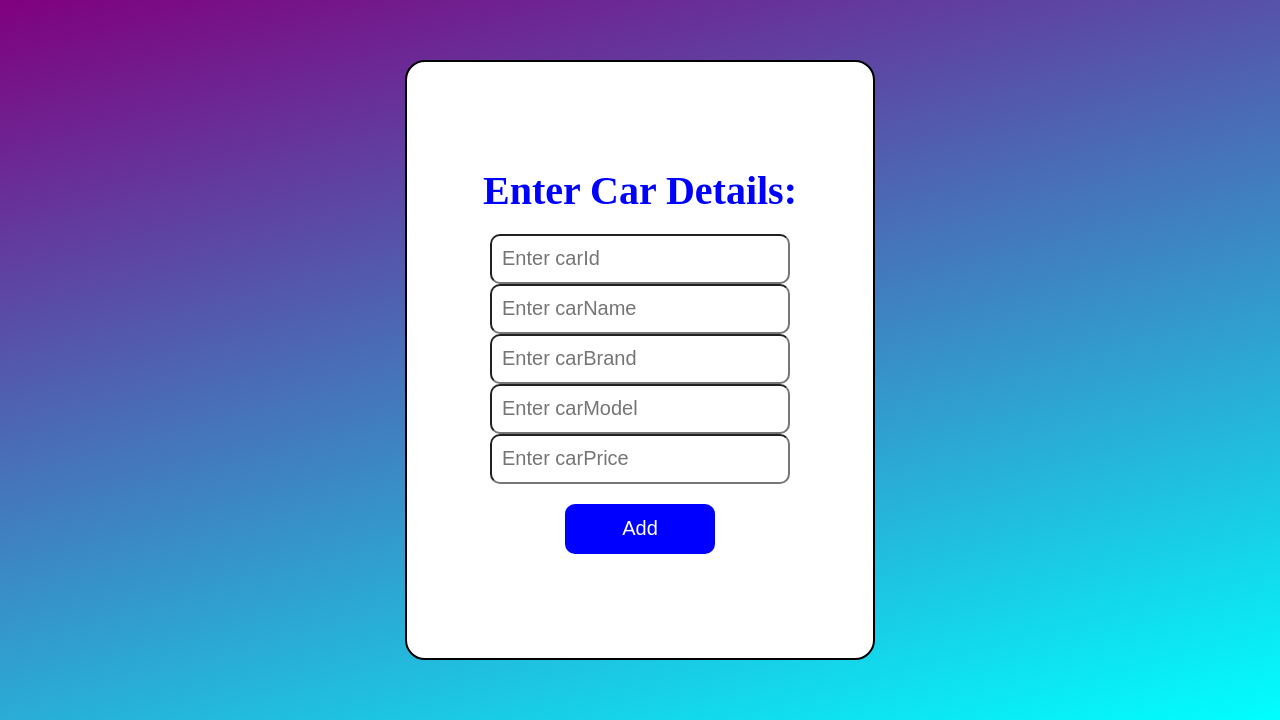
Repository: Dhirajkumar02/Advance-Java--J2EE-
Page: ServletProjecct_CarDB/src/main/webapp/AddCar.html
The author's editor kept a copy of each file at every save. The page is drawn from the files as they stood at one save, then again after the next save.
The browser window is 1280 px wide. The pictures show the whole page.

Above is the page before, as saved 2024-11-14 19:11:08.

### ServletProjecct_CarDB/src/main/webapp/AddCar.html
<!DOCTYPE html>
<html>
<head>
<meta charset="UTF-8">
<title>Insert title here</title>
<style>
*{
box-sizing: border-box;
margin: 0;
padding: 0;
}
body{
height: 100vh;
display: flex;
justify-content: center;
align-items: center;
background: linear-gradient(165deg, purple, aqua);
}
form {
  border: 2px solid black;
  background: #fff;
  height: 600px;
  width: 470px;
  display: flex;
  justify-content: center;
  align-items: center;
  flex-direction: column;
  gap: 20px;
  border-radius: 20px;
}

h1 {
  font-size: 40px;
  color: blue;
}
input {
  height: 50px;
  width: 300px;
  padding-left: 10px;
  font-size: 20px;
  border-radius: 10px;
}
#add_btn {
  height: 50px;
  width: 150px;
  background-color: blue;
  color: #fff;
  border: none;
  font-size: 20px;
  border-radius: 10px;
  cursor: pointer;
}
</style>
</head>
<body>

<form action="add-car">
<div>
<h1>Enter Car Details:</h1>
</div>
<div>
<input type="number" placeholder="Enter carId" name="carId" ><br>
<input type="text" placeholder="Enter carName" name="carName" ><br>
<input type="text" placeholder="Enter carBrand" name="carBrand"><br>
<input type="text" placeholder="Enter carModel" name="carModel"><br>
<input type="number" placeholder="Enter carPrice" name="carPrice"><br>
</div>
<div >
<button type="submit" id="add_btn" value="Add">Add</button>
</div>

</form>
</body>
</html>

After the next save:
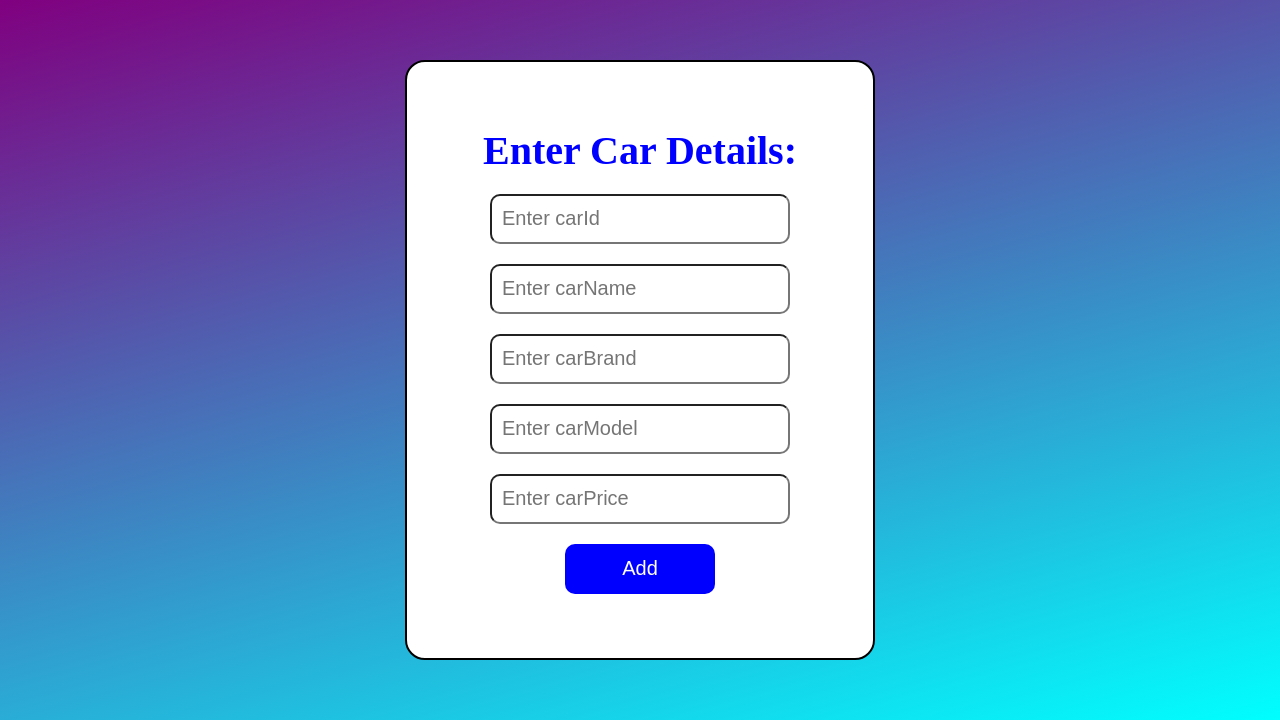
Saved 3 min 34 s later.
--- a/ServletProjecct_CarDB/src/main/webapp/AddCar.html
+++ b/ServletProjecct_CarDB/src/main/webapp/AddCar.html
@@ -59,12 +59,25 @@ input {
 <h1>Enter Car Details:</h1>
 </div>
 <div>
-<input type="number" placeholder="Enter carId" name="carId" ><br>
-<input type="text" placeholder="Enter carName" name="carName" ><br>
-<input type="text" placeholder="Enter carBrand" name="carBrand"><br>
-<input type="text" placeholder="Enter carModel" name="carModel"><br>
-<input type="number" placeholder="Enter carPrice" name="carPrice"><br>
+<input type="number" placeholder="Enter carId" name="carId" >
 </div>
+
+<div>
+<input type="text" placeholder="Enter carName" name="carName" >
+</div>
+
+<div>
+<input type="text" placeholder="Enter carBrand" name="carBrand">
+</div>
+
+<div>
+<input type="text" placeholder="Enter carModel" name="carModel">
+</div>
+
+<div>
+<input type="number" placeholder="Enter carPrice" name="carPrice">
+</div>
+
 <div >
 <button type="submit" id="add_btn" value="Add">Add</button>
 </div>
